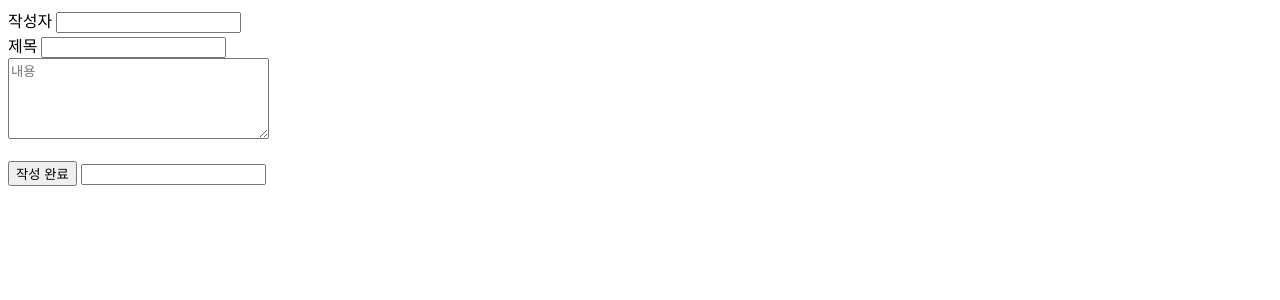
Repository: yangchunsick/JSPstudy
Page: http://localhost/11_MYHOME/notice/update.jsp
These files come from the project's save history. The page is drawn as it stood at one moment and after the next save; the edit follows.
The browser window is 1280 px wide. The pictures show the whole page.
The page is served by Tomcat 9. Other server files are loaded and not shown.

Above is the page before, as saved 2021-11-18 00:36:47.

### worksapce/11_MYHOME/WebContent/notice/update.jsp
<%@ page language="java" contentType="text/html; charset=UTF-8"
	pageEncoding="UTF-8"%>
<%@ taglib uri="http://java.sun.com/jsp/jstl/core" prefix="c"%>
<!DOCTYPE html>
<html lang="ko">
<head>
<meta charset="UTF-8">
<meta http-equiv="X-UA-Compatible" content="IE=edge">
<meta name="viewport" content="width=device-width, initial-scale=1.0">
<title>My Home Page</title>
<script src="https://code.jquery.com/jquery-3.6.0.js"
	integrity="sha256-H+K7U5CnXl1h5ywQfKtSj8PCmoN9aaq30gDh27Xc0jk="
	crossorigin="anonymous"></script>
<script>


</script>
</head>
<body>

	<div>
		<form action="insert.notice" method="post">
			<label for="writer">작성자</label>
			<input type="text" name="writer" id="writer"><br>
			<label for="title">제목</label>
			<input type="text" name="title" id="title"><br>
			<textarea rows="5" cols="30" name="content" placeholder="내용"></textarea><br><br>
			<button>작성 완료</button>
			<input type="resey">
		</form>
	</div>

</body>
</html>

After the next save:
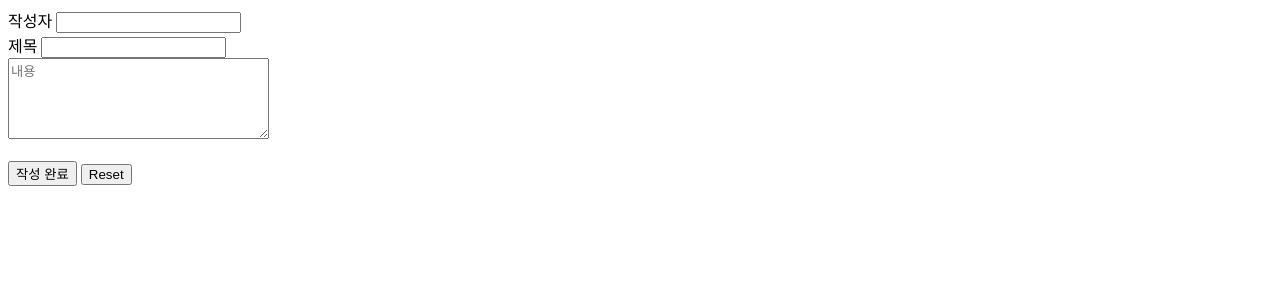
Saved 1 s later.
--- a/worksapce/11_MYHOME/WebContent/notice/update.jsp
+++ b/worksapce/11_MYHOME/WebContent/notice/update.jsp
@@ -26,7 +26,7 @@
 			<input type="text" name="title" id="title"><br>
 			<textarea rows="5" cols="30" name="content" placeholder="내용"></textarea><br><br>
 			<button>작성 완료</button>
-			<input type="resey">
+			<input type="reset">
 		</form>
 	</div>
 
